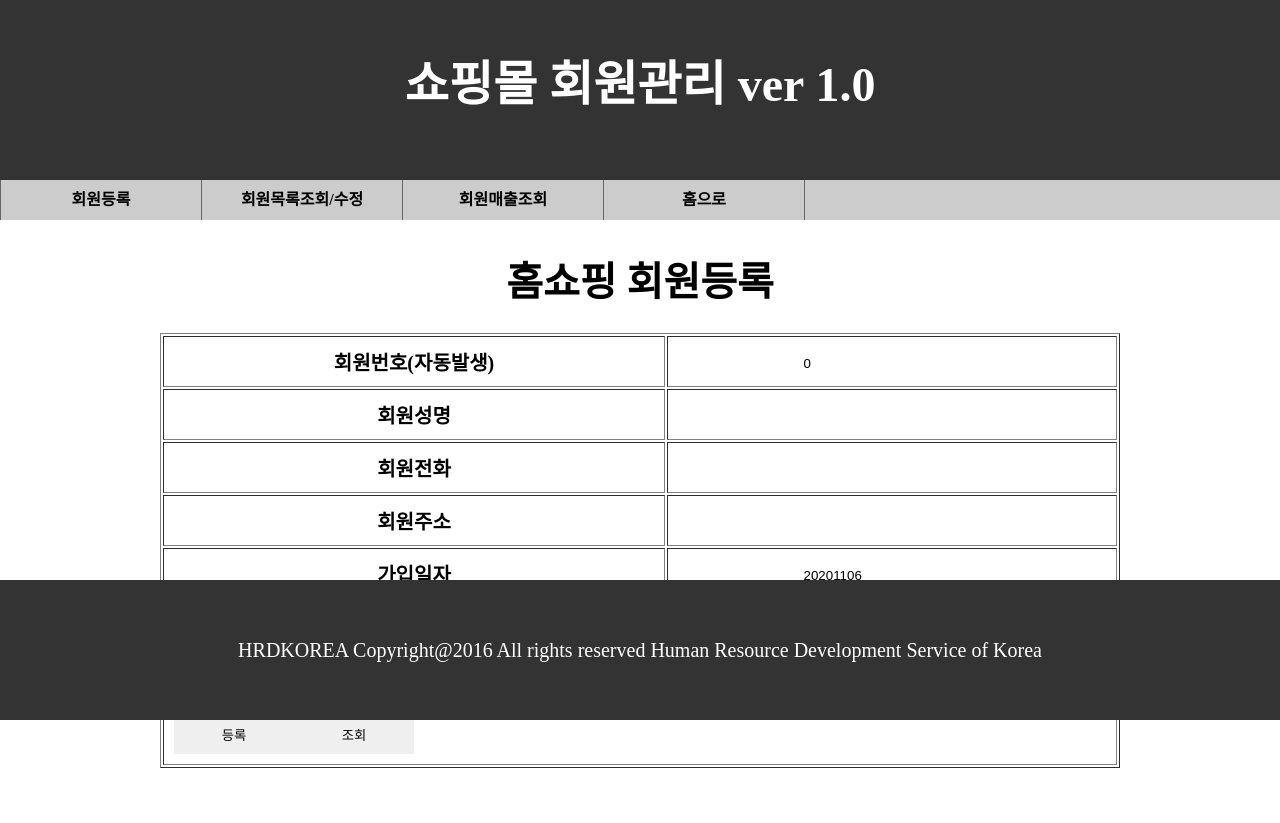
Repository: jsky1234/NCS
Page: http://localhost/HRD_1/memberIns.jsp
These files come from the project's save history. The page is drawn as it stood at one moment and after the next save; the edit follows.
The browser window is 1280 px wide. The pictures show the whole page.
The page is served by Tomcat 9. Queries for data that is not in the repository find no rows.

Above is the page before, as saved 2020-11-10 05:10:55.
Console error: ReferenceError: form is not defined

### ncs1/HRD_1/WebContent/memberIns.jsp
<%@ page language="java" contentType="text/html; charset=UTF-8"
    pageEncoding="UTF-8"%>
<%@ page import="java.sql.PreparedStatement" %>
<%@ page import="java.sql.DriverManager" %>
<%@ page import="java.sql.Connection" %>
<%@ page import="java.sql.ResultSet" %>
<%@ page import="DBPKG.DBcon" %>
<%@ page import="java.util.*, java.text.*" %>
<%@ include file="admin_header.jsp" %>
<style>
.main_help { width: 960px; margin: 25px auto; font-size: 20px; }
.main_help ol { padding-top: 5px; }
.tb { display: table; border 1px solid #333; width: 960px; text-align: center;}
.tb tr { display: table-row; }
.tb td, .tb th { display: table-cell; padding: 10px; }
.tb th { width: 480px; }
button { display: block; float: left; width: 120px; line-height: 36px;}
</style>
<%@ include file="admin_nav.jsp" %>
<%
request.setCharacterEncoding("utf-8");

Connection conn = null;
PreparedStatement pstmt = null;
ResultSet rs;

Date date = new Date();
SimpleDateFormat simple = new SimpleDateFormat("yyyyMMdd");
String sdate = simple.format(date);

	try {
		conn = DBcon.getConnection();
		String sql = "SELECT * FROM member_tbl_02 ORDER BY custno DESC";
		pstmt = conn.prepareStatement(sql);
		rs = pstmt.executeQuery();

		int i = 0, num = 0;
		while(rs.next()) {
			num = rs.getInt("custno");
			i++;
			num++;
			if(i > 0) break;
		}
%>
<main class="content">
	<section class="page" id="page1">
		<h2 class="page_tit">홈쇼핑 회원등록</h2>
		<div class="main_help">
			<form name="register1" id="register1" action="memberInsPro.jsp" method="get">
				<table class="tb" border="1">
					<tbody>
						<tr>
							<th><label for="custno">회원번호(자동발생)</label></th>
							<td><input type="text" name="custno" id="custno" value="<%=num%>" /></td>
						</tr>
						<tr>
							<th><label for="custname">회원성명</label></th>
							<td><input type="text" name="custname" id="custname" /></td>
						</tr>
						<tr>
							<th><label for="phone">회원전화</label></th>
							<td><input type="text" name="phone" id="phone" /></td>
						</tr>
						<tr>
							<th><label for="address">회원주소</label></th>
							<td><input type="text" name="address" id="address" /></td>
						</tr>
						<tr>
							<th><label for="joindate">가입일자</label></th>
							<td><input type="text" name="joindate" id="joindate" value="<%=sdate%>" /></td>
						</tr>
						<tr>
							<th><label for="grade">고객등급(A:VIP, B:일반, C:직원)</label></th>
							<td>
								<select name="grade" id="grade">
									<option value="">선택안함</option>
									<option value="A">A</option>
									<option value="B">B</option>
									<option value="C">C</option>
								</select>
							</td>
						</tr>
						<tr>
							<th><label for="city">도시코드</label></th>
							<td><input type="text" name="city" id="city" /></td>
						</tr>
						<td colspan="2">
							<button type="button" id="subit_btn">등록</button>
							<button type="button" id="search_btn">조회</button>
						</td>
					</tbody>
				</table>
			</form>
			<script>
			var submit_btn = document.getElementById("submit_btn");
			var search_btn = document.getElementById("search_btn");
			var custname = form.custname
			var phone = form.address
			var grade = form.grade
			var city = form.city

			</script>
		</div>
	</section>
</main>
<%
	} catch(Exception e) {
		System.out.println("ProductBean error : "+e);
	} finally {
		try {
			if(pstmt != null) pstmt.close();
			if(conn != null) conn.close();
		} catch(Exception e) {
			//핸들 에러 프린트
			System.out.println("DB Close error : "+e);
		}
	}
%>
<%@ include file="admin_footer.jsp" %>

### ncs1/HRD_1/WebContent/admin_header.jsp
<%@ page language="java" contentType="text/html; charset=UTF-8"
    pageEncoding="UTF-8"%>
<% request.setCharacterEncoding("utf-8"); %>
<!DOCTYPE html>
<html>
<head>
<meta charset="UTF-8">
<link rel="stylesheet" href="./css/main.css" />
<title>관리자 모드로 로그인 중</title>
</head>
<body>
<header class="hd">
	<h2 class="tit">쇼핑몰 회원관리 ver 1.0</h2>
</header>

### ncs1/HRD_1/WebContent/admin_nav.jsp
<%@ page language="java" contentType="text/html; charset=UTF-8"
    pageEncoding="UTF-8"%>
<nav class="gnb">
	<ul>
		<li><a href="memberIns.jsp">회원등록</a></li>
		<li><a href="">회원목록조회/수정</a></li>
		<li><a href="">회원매출조회</a></li>
		<li><a href="admin.jsp">홈으로</a></li>
	</ul>
</nav>

### ncs1/HRD_1/WebContent/admin_footer.jsp
<%@ page language="java" contentType="text/html; charset=UTF-8"
    pageEncoding="UTF-8"%>
<footer class="ft">
	<div class="ft_wrap">
		<div class="admin_copy">
			<p class="copyright">HRDKOREA Copyright@2016 All rights reserved Human Resource Development Service of Korea</p>
		</div>
	</div>
</footer>
</body>
</html>

### ncs1/HRD_1/src/DBPKG/DBcon.java
package DBPKG;

import java.sql.Connection;
import java.sql.DriverManager;
import java.sql.SQLException;

public class DBcon {
	public static Connection getConnection() throws Exception{
		Class.forName("oracle.jdbc.OracleDriver");
		Connection con = DriverManager.getConnection("jdbc:oracle:thin:@//localhost:1521/xe", "sky", "1234");
		return con;
	}
}

### ncs1/HRD_1/WebContent/css/main.css
@charset "UTF-8";

* { margin: 0; padding: 0; }
body, html { width: 100%; height: 100%; }
ul { list-style : none; }
a { text-decoration: none; }
button, label, input { outline: 0; border: 0; user-select: none; }
img { border: 0; }
ol { padding: 30px; }

.hd { clear: both; min-height: 180px; background-color: #333; }
.tit { font-size: 48px; text-align: center; line-height: 140px; color: #fff; padding-top: 15px;}
.gnb { clear: both; height: 40px; background-color: #cccccc; }
.gnb li { float: left; min-width: 120px; width: auto; }
.gnb a { display:block; text-align: center; line-height: 40px; width: 200px; height: 40px; color: #000000; font-weight: 700; border-left: 1px solid #666666; }
.gnb li:last-child { border-right: 1px solid #666666; }

.page { clear: both; padding: 30px 0 30px 0; }
.page_tit { text-align: center; font-size: 40px; }
.item_tit1 { font-size: 24px; margin-top: 30px; }
.item_tit2 { font-size: 18px; margin-top: 40px;}

.ft { clear: both; position: absolute;  width: 100%; bottom: 0; min-height:80px; height: 140px; background-color: #333; }
.copyright { color: #fff; font-size: 20px; text-align: center; margin-top: 20px; line-height: 100px;}

After the next save:
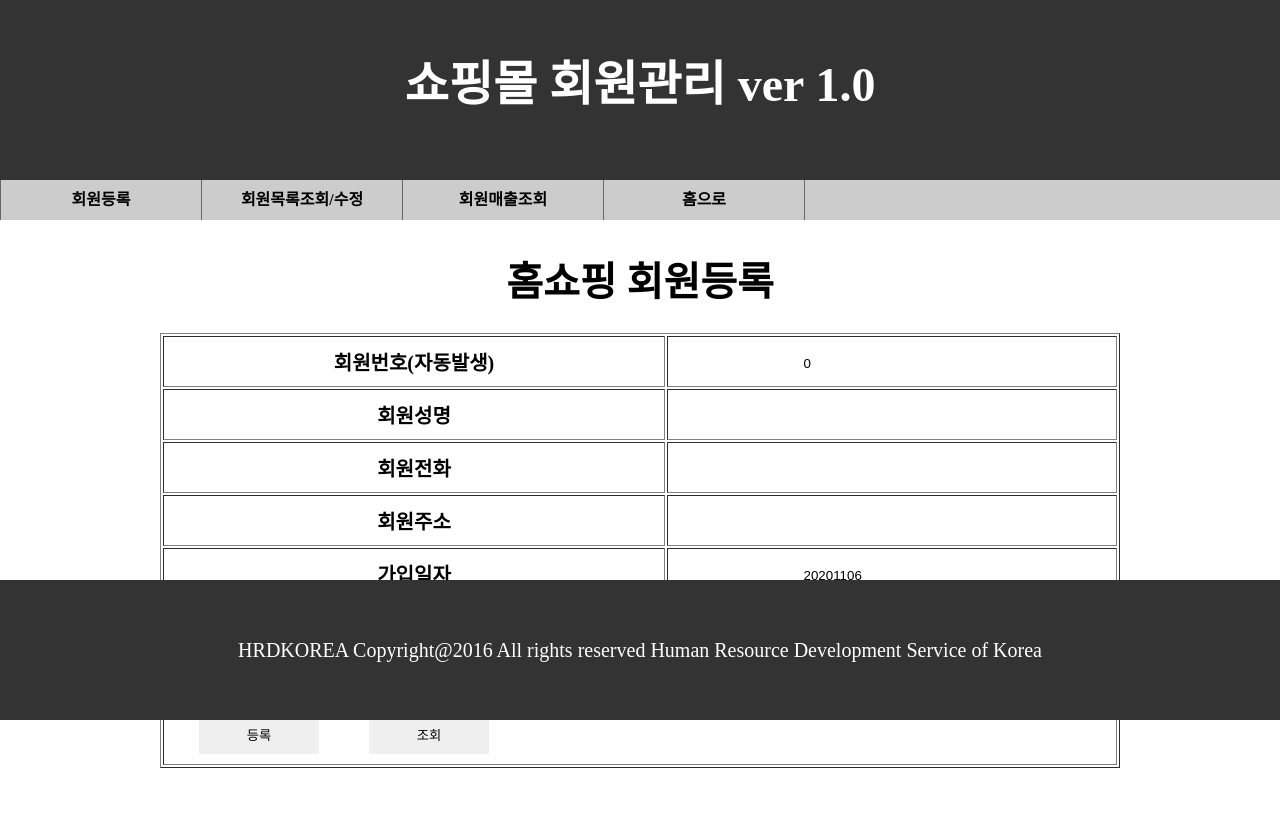
Saved 27 s later.
--- a/ncs1/HRD_1/WebContent/memberIns.jsp
+++ b/ncs1/HRD_1/WebContent/memberIns.jsp
@@ -14,7 +14,7 @@
 .tb tr { display: table-row; }
 .tb td, .tb th { display: table-cell; padding: 10px; }
 .tb th { width: 480px; }
-button { display: block; float: left; width: 120px; line-height: 36px;}
+button { display: block; float: left; width: 120px; line-height: 36px; text-align: center; margin-right: 25px; margin-left: 25px;}
 </style>
 <%@ include file="admin_nav.jsp" %>
 <%
